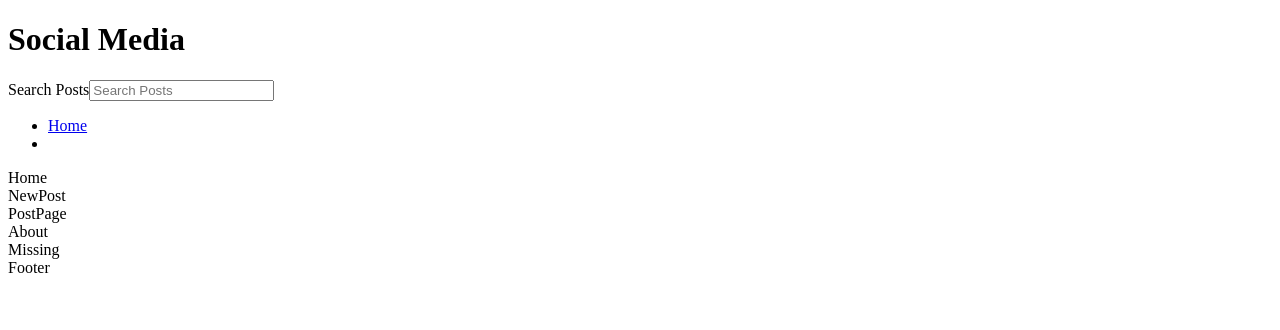
Repository: Kisho14/react_social_app_netlify
Page: /
The author's editor kept a copy of each file at every save. The page is drawn from the files as they stood at one save, then again after the next save.
The browser window is 1280 px wide. The pictures show the whole page.
The project was rebuilt for these pictures with package versions that can differ from the ones it lists, and the page was loaded fresh each time. Also part of the build but not shown: src/index.css.

Above is the page before, as saved 2024-02-05 18:21:28.

### src/App.js
import Header from './Header.js';
import Footer from './Footer.js';
import Nav from './Nav.js';
import Home from './Home.js';
import Missing from './Missing.js';
import NewPost from './NewPost.js';
import PostPage from './PostPage.js';
import About from './About.js';
import { useState } from 'react';

function App() {
  const [search, setSearch] = useState('')

  return (
    <div className="App">
      <Header title="Social Media"/>
      <Nav search={search} setSearch={setSearch}/>
      <Home />
      <NewPost />
      <PostPage />
      <About />
      <Missing />
      <Footer />
    </div>
  );
}

export default App;

### src/Header.js
import React from 'react'

const Header = ({title}) => {
  return (
    <header className='header'>
        <h1>{title}</h1>
    </header>

  )
}

export default Header

### src/Nav.js
import { setSelectionRange } from '@testing-library/user-event/dist/utils'
import React from 'react'
import { Link } from 'react-router-dom'

const Nav = ({search, setSearch}) => {
  return (
    <nav className='Nav'>
        <form className='searchForm' onSubmit={(e) => e.preventDefault()}>
            <label htmlFor="search">Search Posts</label>
            <input type="text"
                id='search'
                placeholder='Search Posts'
                value={search}
                onChange={(e) => setSearch(e.target.value)}
            />
        </form>
        <ul>
            <li><Link to='/'>Home</Link></li>
            <li></li>
        </ul>
    </nav>
  )
}

export default Nav

### src/Missing.js
import React from 'react'

const Missing = () => {
  return (
    <div>Missing</div>
  )
}

export default Missing

Loaded but not shown: public/index.html (common file); src/index.js (common file); src/Footer.js (common file); src/Home.js (common file); src/NewPost.js (common file); src/PostPage.js (common file); src/About.js (common file)

After the next save:
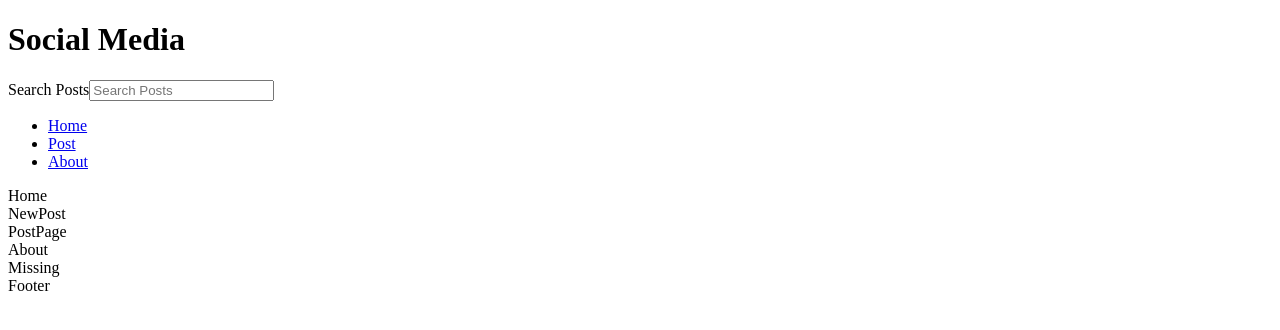
Saved 51 s later.
--- a/src/Nav.js
+++ b/src/Nav.js
@@ -16,7 +16,8 @@ const Nav = ({search, setSearch}) => {
         </form>
         <ul>
             <li><Link to='/'>Home</Link></li>
-            <li></li>
+            <li><Link to='post'>Post</Link></li>
+            <li><Link to='about'>About</Link></li>
         </ul>
     </nav>
   )
